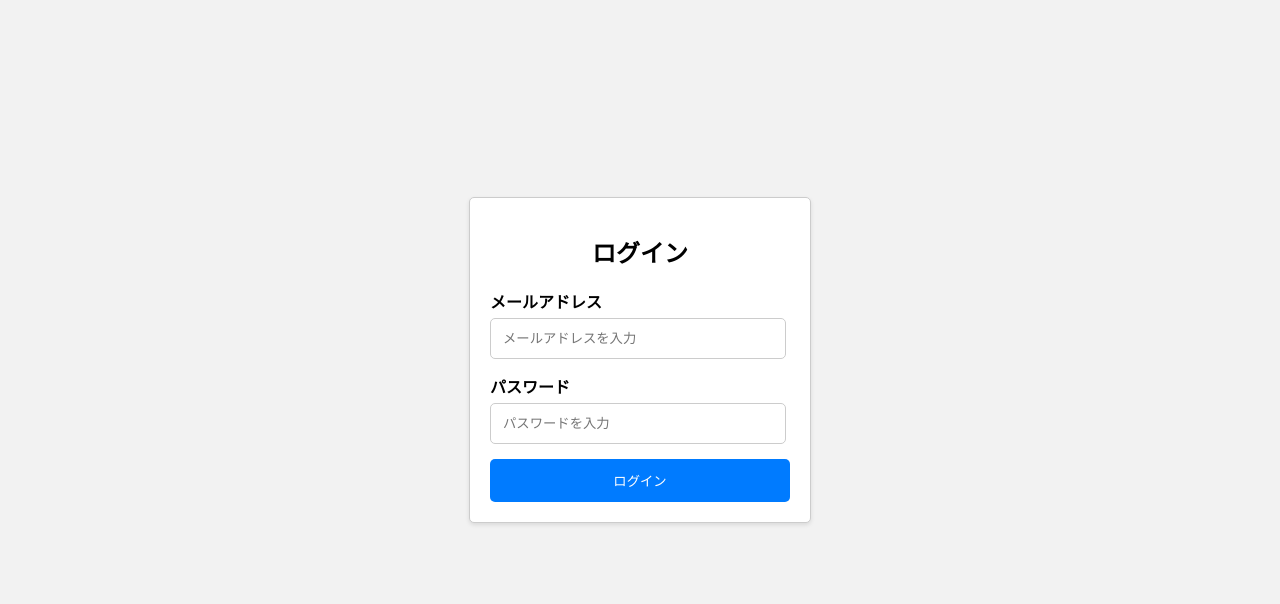
Repository: Jutta197/blog_0815
Page: src/main/resources/static/admin_login.html
An editor plug-in stored every save of this project. The page is shown before and after the next save, followed by the edit.
The browser window is 1280 px wide. The pictures show the whole page.

Above is the page before, as saved 2023-08-15 12:24:18.

### src/main/resources/static/admin_login.html
<!DOCTYPE html>
<html lang="ja">

<head>
    <meta charset="UTF-8">
    <meta name="viewport" content="width=device-width, initial-scale=1.0">
    <title>ログイン</title>
    <link rel="stylesheet" href="login.css">
</head>

<body>
    <div class="container">
        <form action="" method="post">
            <h1>ログイン</h1>
            <label for="email">メールアドレス</label>
            <input type="text" id="email" name="email" placeholder="メールアドレスを入力" required>
            <label for="password">パスワード</label>
            <input type="password" id="password" name="password" placeholder="パスワードを入力">
            <input type="submit" value="ログイン" id="submit-button">
        </form>
    </div>
</body>

</html>

### src/main/resources/static/login.css
body {
    font-family: Arial, sans-serif;
    background-color: #f2f2f2;
    margin: 0;
    padding: 0;
    display: flex;
    justify-content: center;
    align-items: center;
    min-height: 100vh;
}

.container {
    background-color: #fff;
    padding: 20px;
    border-radius: 5px;
    box-shadow: 0 2px 4px rgba(0, 0, 0, 0.1);
    border: 1px solid #ccc;
    width: 300px;
}

.container h1 {
    font-size: 24px;
    margin-bottom: 20px;
    text-align: center;
}

label {
    display: block;
    font-weight: bold;
    margin-bottom: 5px;
}

input[type="text"],
input[type="password"] {
    width: 90%;
    padding: 12px;
    margin-bottom: 15px;
    border: 1px solid #ccc;
    border-radius: 5px;
    outline: none;
    transition: border-color 0.3s;
}

input[type="text"]:focus,
input[type="password"]:focus {
    border-color: #007bff;
}

#submit-button {
    background-color: #007bff;
    color: #fff;
    border: none;
    padding: 12px 20px;
    border-radius: 5px;
    cursor: pointer;
    width: 100%;
    transition: background-color 0.3s;
}

#submit-button:hover {
    background-color: #0056b3;
}

After the next save:
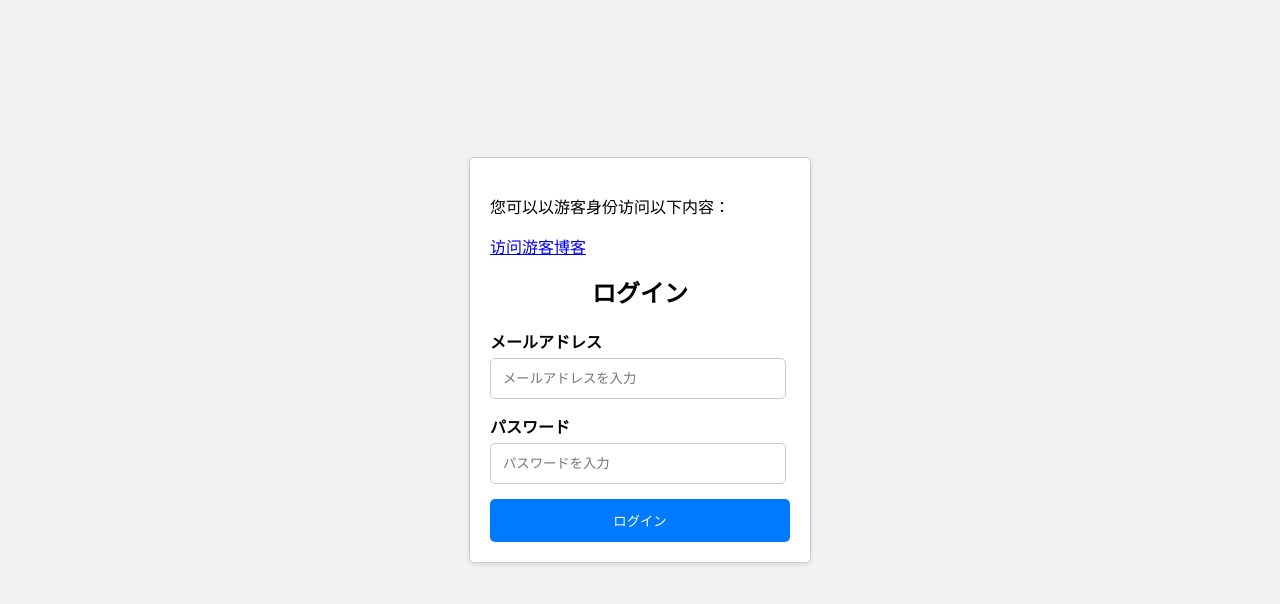
Saved 3 min 2 s later.
--- a/src/main/resources/static/admin_login.html
+++ b/src/main/resources/static/admin_login.html
@@ -10,6 +10,10 @@
 
 <body>
     <div class="container">
+        <div>
+            <p>您可以以游客身份访问以下内容：</p>
+            <a href="/guest-blog">访问游客博客</a>
+        </div>
         <form action="" method="post">
             <h1>ログイン</h1>
             <label for="email">メールアドレス</label>
